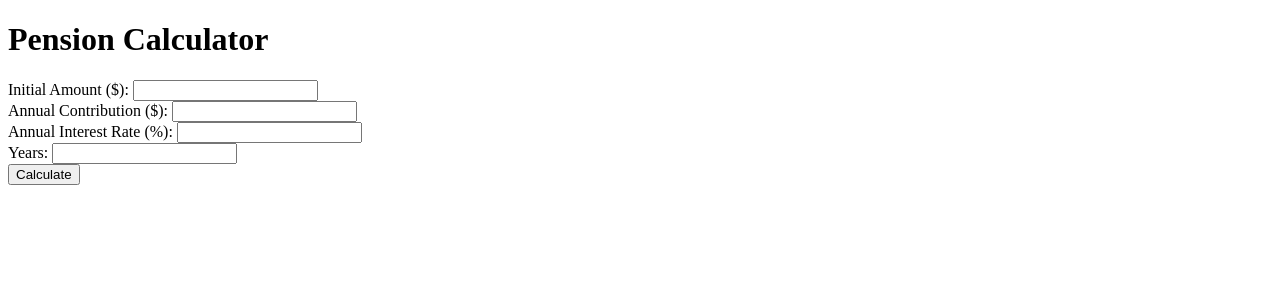
Repository: AQSA-ABDULLAH/RetirementManagmentSystem
Page: RetimentManagmentSystem/src/main/webapp/PensionCalculator.html
These files come from the project's save history. The page is drawn as it stood at one moment and after the next save; the edit follows.
The browser window is 1280 px wide. The pictures show the whole page.

Above is the page before, as saved 2023-08-13 14:59:17.

After the next save:
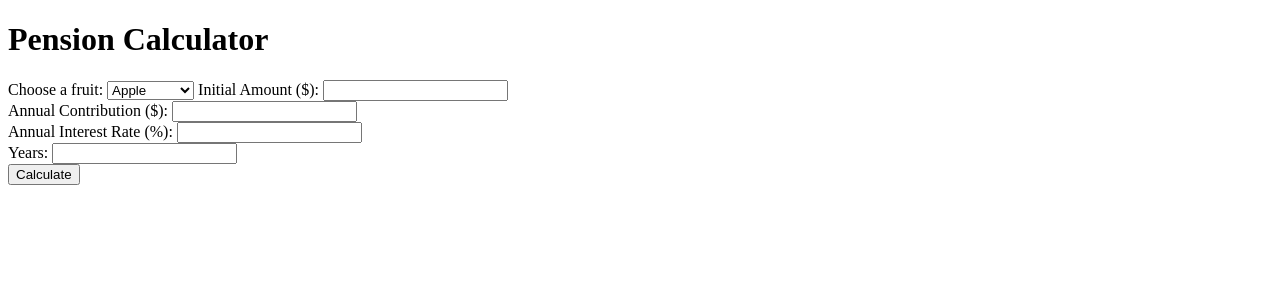
Saved 2 h 41 min later.
--- a/RetimentManagmentSystem/src/main/webapp/PensionCalculator.html
+++ b/RetimentManagmentSystem/src/main/webapp/PensionCalculator.html
@@ -23,6 +23,17 @@
 <body>
   <h1>Pension Calculator</h1>
   <form method="post" action="myservlet">
+
+	  <label for="fruits">Choose a fruit:</label>
+        <select id="fruits" name="fruits">
+            <option value="apple">Apple</option>
+            <option value="banana">Banana</option>
+            <option value="orange">Orange</option>
+            <option value="grape">Grape</option>
+            <option value="strawberry">Strawberry</option>
+        </select>
+
+
     <label for="initialAmount">Initial Amount ($):</label>
     <input type="number" id="initialAmount" step="any" required><br>
 
